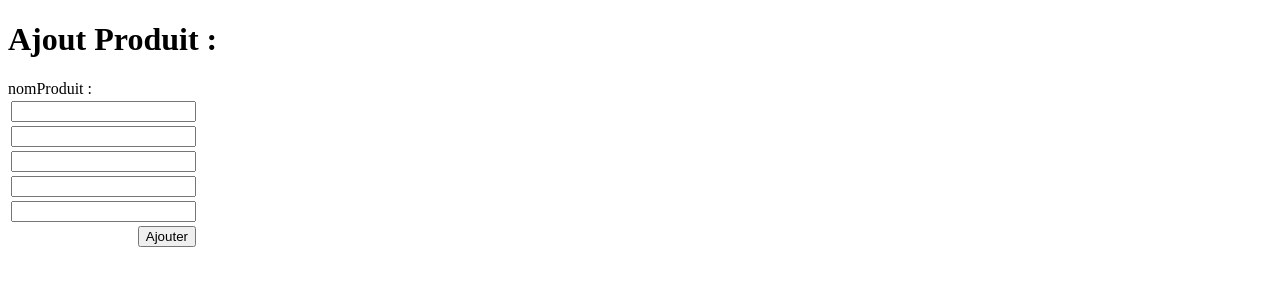
Repository: EBusinesss/Ebusiness
Page: http://localhost/EcomWEB/
These files come from the project's save history. The page is drawn as it stood at one moment and after the next save; the edit follows.
The browser window is 1280 px wide. The pictures show the whole page.
The page is served by Tomcat 9. Nobody is signed in. The application's start-up code is not run. Other server files are loaded and not shown.

Above is the page before, as saved 2014-12-06 21:36:26.

### Workspace/EcomWEB/WebContent/index.jsp
<%@ page language="java" contentType="text/html; charset=ISO-8859-1"
    pageEncoding="ISO-8859-1"%>
<!DOCTYPE html PUBLIC "-//W3C//DTD HTML 4.01 Transitional//EN" "http://www.w3.org/TR/html4/loose.dtd">
<html>
<head>
<meta http-equiv="Content-Type" content="text/html; charset=ISO-8859-1">
<title>Insert title here</title>
</head>
<body>
		<h1>Ajout Produit :</h1>
		<form action="AddProductServlet" method="post">
		<table>
			<tr>nomProduit :<td><input type="text" name="nomProduit" width="25"></td></tr>
			<tr><td><input type="text" name="descProduit" width="25"></td></tr>
			<tr><td><input type="text" name="imgProduit" width="25"></td></tr>
			<tr><td><input type="text" name="prixProduit" width="25"></td></tr>
			<tr><td><input type="text" name="quantiteProduit" width="25"></td></tr>
			<tr>
				<td align="right" colspan="3">
					<button name="submit" type="submit">Ajouter</button>
				</td>
			</tr>
		</table>
		</form>

</body>
</html>

After the next save:
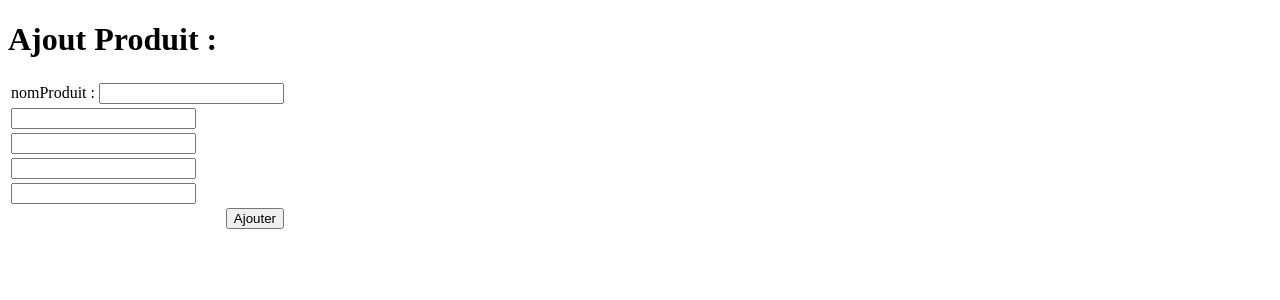
Saved 46 s later.
--- a/Workspace/EcomWEB/WebContent/index.jsp
+++ b/Workspace/EcomWEB/WebContent/index.jsp
@@ -10,7 +10,7 @@
 		<h1>Ajout Produit :</h1>
 		<form action="AddProductServlet" method="post">
 		<table>
-			<tr>nomProduit :<td><input type="text" name="nomProduit" width="25"></td></tr>
+			<tr><td> nomProduit : <input type="text" name="nomProduit" width="25"></td></tr>
 			<tr><td><input type="text" name="descProduit" width="25"></td></tr>
 			<tr><td><input type="text" name="imgProduit" width="25"></td></tr>
 			<tr><td><input type="text" name="prixProduit" width="25"></td></tr>
